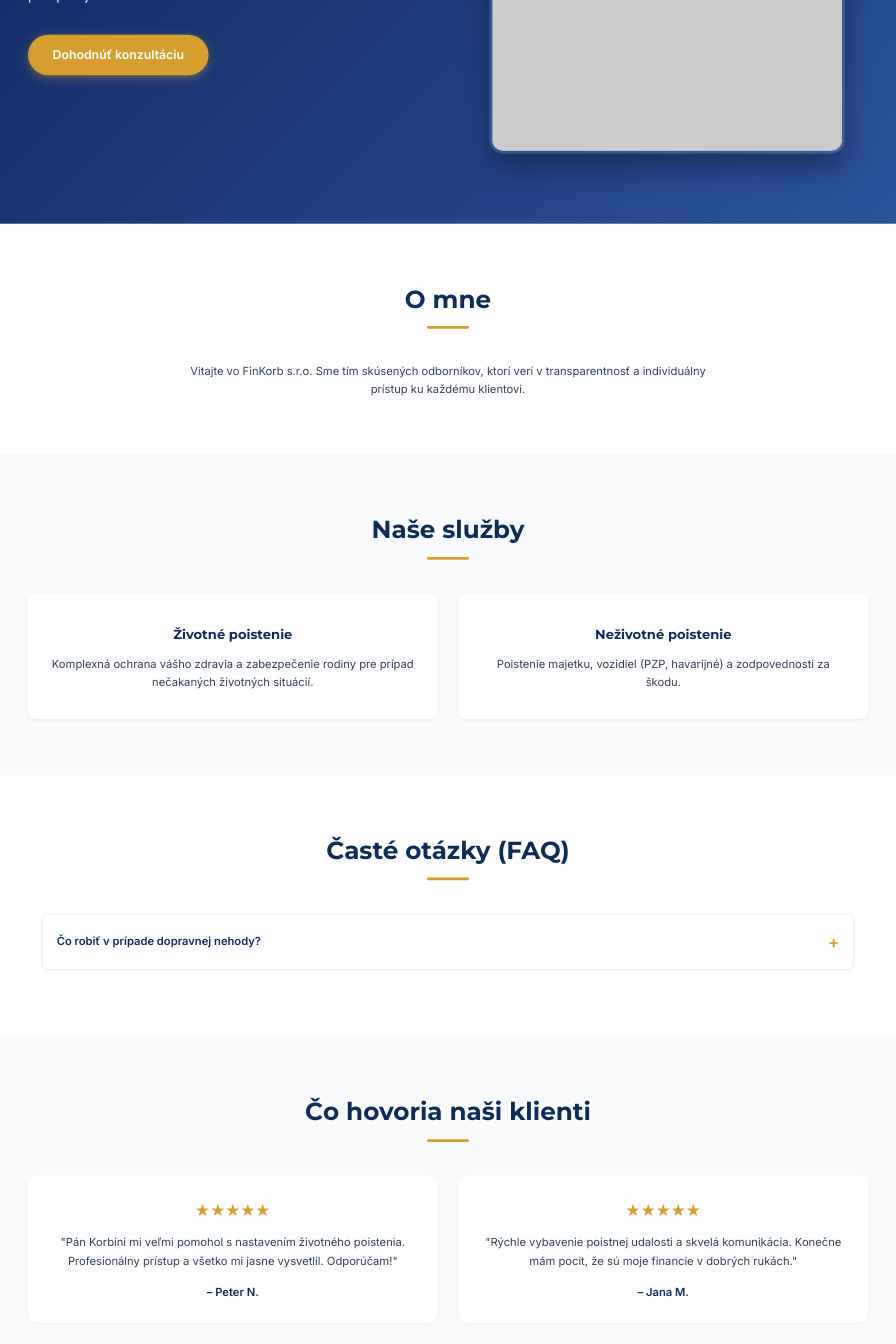
Repository: IvanK03/personal_web
Page: web/index.html
An editor plug-in stored every save of this project. The page is shown before and after the next save, followed by the edit.
The browser window is 1280 px wide. The pictures show the part of the page from y = 602 to 2522 px (the page is 2882 px tall), at 70% of full size.

Above is the page before, as saved 2026-02-22 12:11:41.

After the next save:
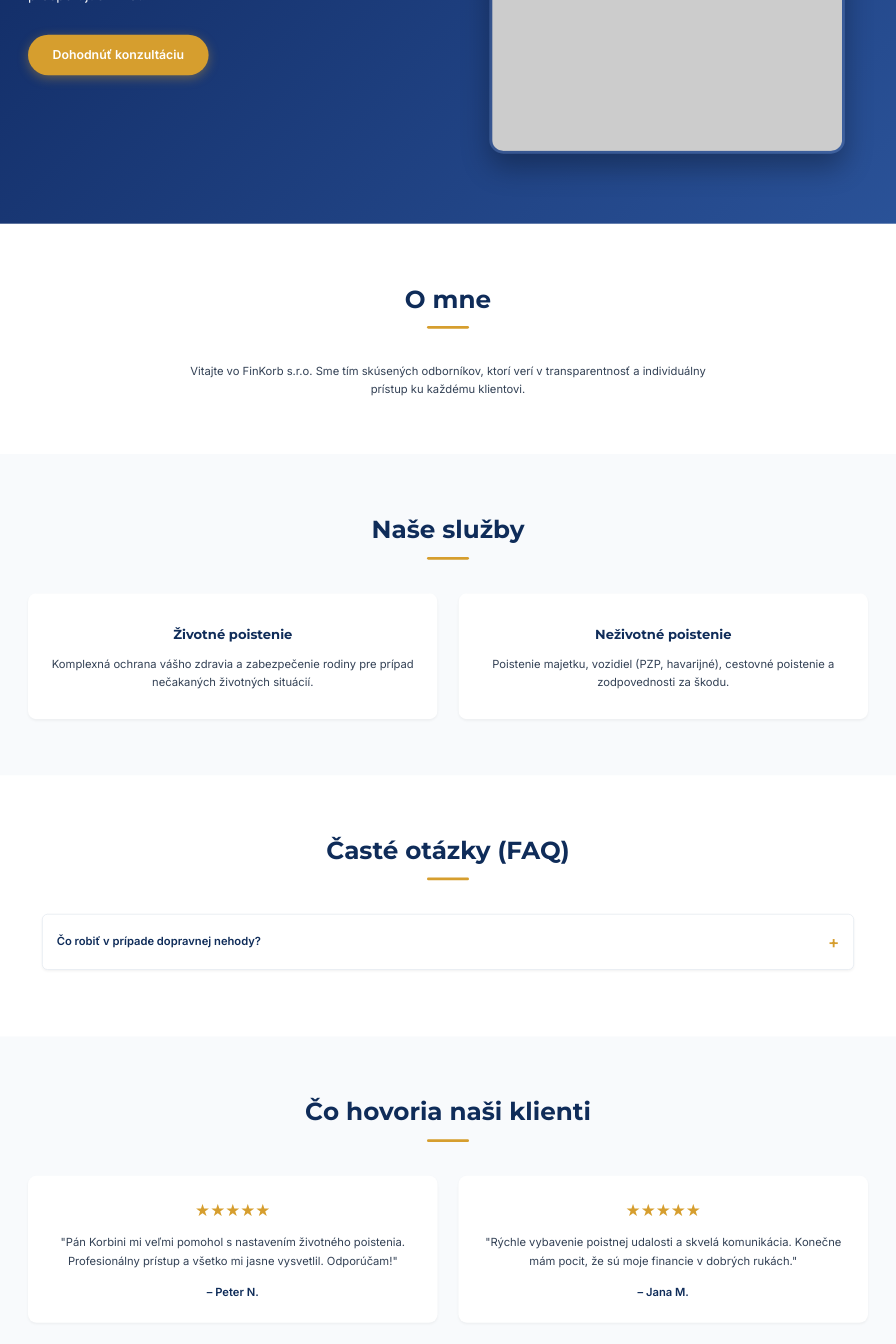
Saved 86 s later.
--- a/web/index.html
+++ b/web/index.html
@@ -61,7 +61,7 @@
                 </article>
                 <article class="service-item">
                     <h3>Neživotné poistenie</h3>
-                    <p>Poistenie majetku, vozidiel (PZP, havarijné) a zodpovednosti za škodu.</p>
+                    <p>Poistenie majetku, vozidiel (PZP, havarijné), cestovné poistenie a zodpovednosti za škodu.</p>
                 </article>
             </div>
         </section>
